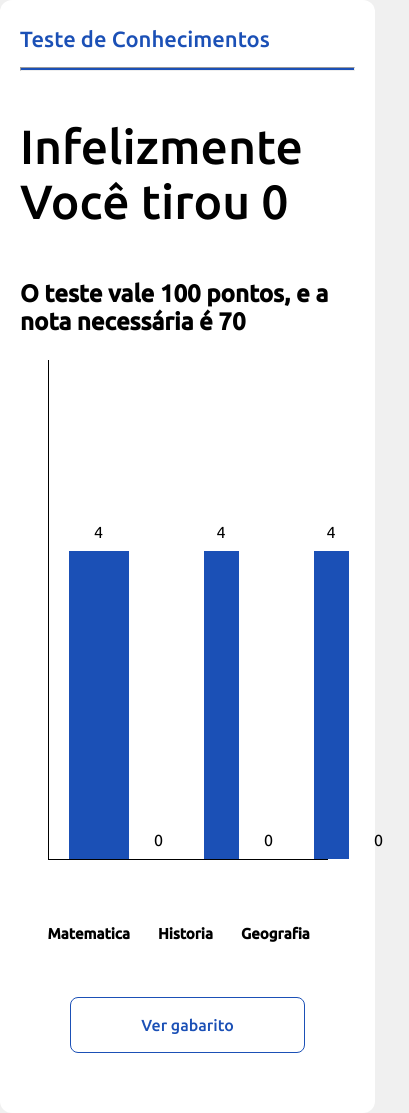
Repository: Delei09/desafioPerguntas
Page: /resultado (app in frontend/)
An editor plug-in stored every save of this project. The page is shown before and after the next save, followed by the edit.
The browser window is 375 px wide. The page is 409 px wide, then 375 px, so the pictures cover 409 px, including what lies to the right of the window. The pictures show the whole page.
The project was rebuilt for these pictures with package versions that can differ from the ones it lists, and the page was loaded fresh each time. A package was used in the major version that the imports need, not the one package.json lists. Also part of the build but not shown: frontend/src/styles/home.scss, frontend/src/page/Home.tsx, frontend/src/styles/gabarito.scss, frontend/src/page/Gabarito.tsx.

Above is the page before, as saved 2021-08-19 17:03:36.

After the next save:
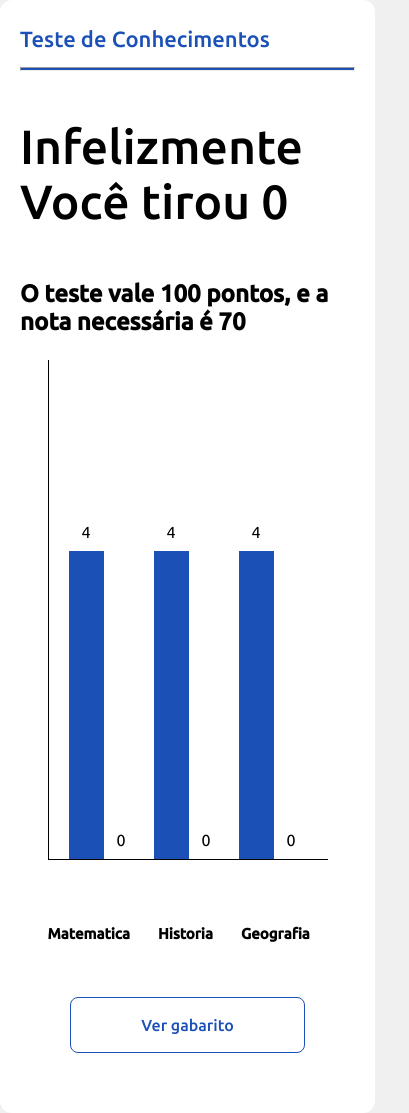
Saved 12 s later.
--- a/frontend/src/styles/resultado.scss
+++ b/frontend/src/styles/resultado.scss
@@ -107,7 +107,7 @@ text-align: left;
     padding:0px  20px;
 
      .graficoMat{
-       width: 35x;
+       width: 35px;
     }
     .graficoGeo{
      width: 35px;
